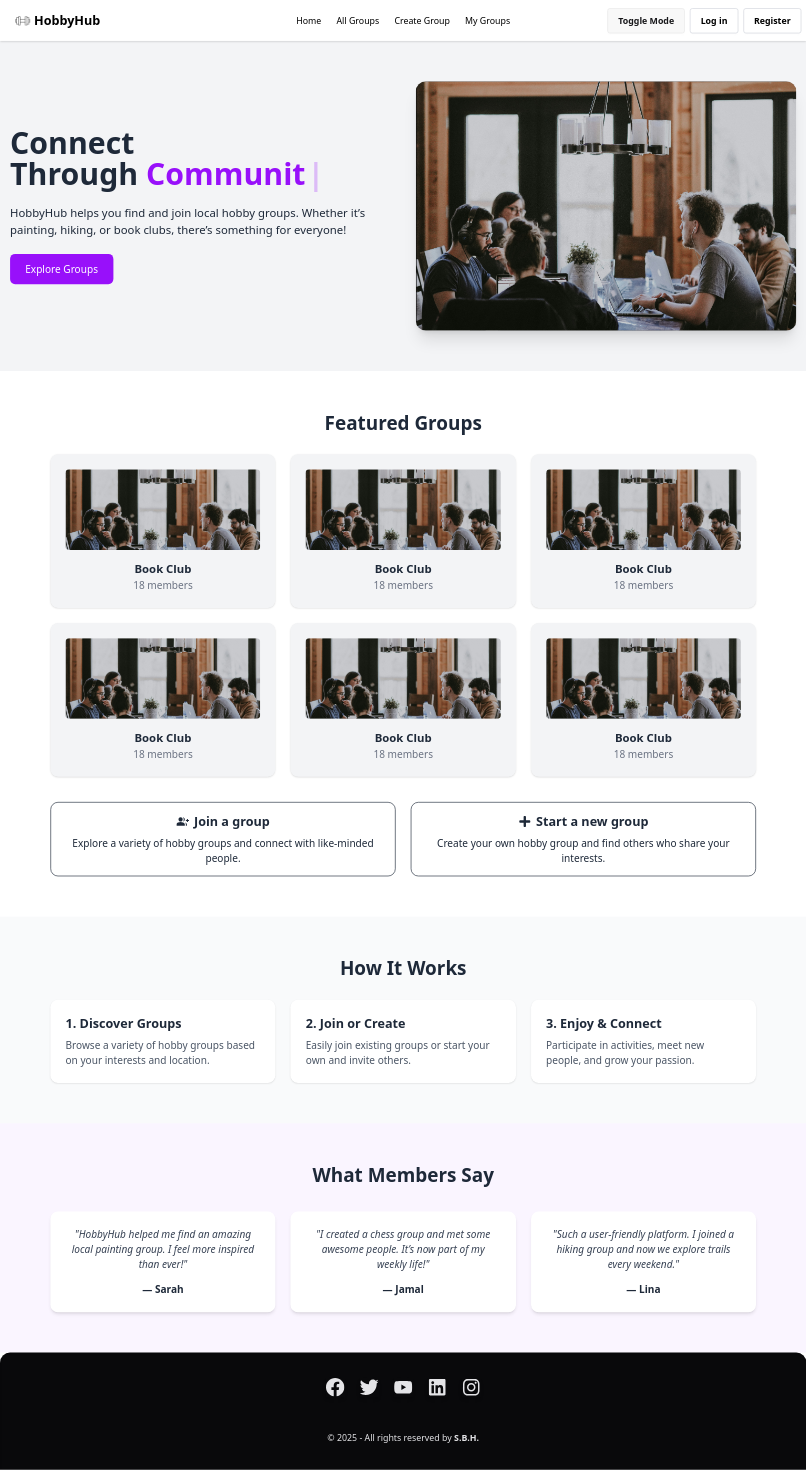
Repository: syedbayzid82849/Hobby_Hub_Client_site
Page: /
These files come from the project's save history. The page is drawn as it stood at one moment and after a run of saves; the edit follows.
The browser window is 1280 px wide. The pictures show the whole page, at 63% of full size.
The project was rebuilt for these pictures with package versions that can differ from the ones it lists, and the page was loaded fresh each time. Also part of the build but not shown: src/App.jsx.

Above is the page before, as saved 2025-05-20 20:05:25.

### src/main.jsx
import { StrictMode } from 'react'
import { createRoot } from 'react-dom/client'
import './index.css'
import App from './App.jsx'
import { RouterProvider } from 'react-router'
import router from './Routes/Router.jsx'

createRoot(document.getElementById('root')).render(
  <StrictMode>
    <RouterProvider router={router}></RouterProvider>
  </StrictMode>,
)

### src/index.css
@import "tailwindcss";
@plugin "daisyui";

@tailwind base;
@tailwind components;
@tailwind utilities;

### src/Routes/Router.jsx
import React from 'react';
import {createBrowserRouter} from "react-router";
import Root from "../Root/Root";
import Home from '../Pages/Home/Home';

const router = createBrowserRouter(
    [
        {
            path: '/',
            element: <Root></Root>,
            children: [
                {
                    index: true,
                    path: '/',
                    element: <Home></Home>
                }
            ]
        }
    ]
);

export default router;

### src/Root/Root.jsx
import React from 'react';
import Navbar from '../Components/Navbar/Navbar';
import { Outlet } from 'react-router';
import Footer from '../Components/Footer/Footer'

const Root = () => {
    return (
        <div className="min-h-screen flex flex-col" >
            <Navbar></Navbar>
            <div className="flex-grow">
                <Outlet></Outlet>
            </div>
            <Footer></Footer>
        </div>
    );
};

export default Root;

### src/Pages/Home/Home.jsx
import { useEffect } from "react";
import { Link } from "react-router";
import { Typewriter } from "react-simple-typewriter";
import { Fade } from "react-awesome-reveal";
import img from '../../assets/hero.png';
import { MdGroupAdd } from "react-icons/md";
import { FaPlus } from "react-icons/fa";



const Home = () => {
    useEffect(() => {
        window.scrollTo(0, 0);
    }, []);

    return (
        <div className="text-gray-800 dark:text-gray-100">
            {/* Hero Section */}
            <section className="bg-gray-100 dark:bg-gray-800">
                <div className="max-w-7xl mx-auto px-4 py-16 flex flex-col-reverse lg:flex-row items-center justify-between gap-10">
                    <div className="lg:w-1/2 space-y-6">
                        <h1 className="text-4xl md:text-5xl font-bold">
                            Connect Through&nbsp;
                            <span className="text-purple-600">
                                <Typewriter
                                    words={["Hobbies", "Creativity", "Community"]}
                                    loop={true}
                                    cursor
                                    cursorStyle="|"
                                    typeSpeed={80}
                                    deleteSpeed={50}
                                    delaySpeed={1500}
                                />
                            </span>
                        </h1>
                        <p className="text-lg">
                            HobbyHub helps you find and join local hobby groups. Whether it’s painting, hiking, or book clubs, there’s something for everyone!
                        </p>
                        <Link to="/groups">
                            <button className="bg-purple-600 text-white px-6 py-3 rounded-lg hover:bg-purple-700 transition-all">
                                Explore Groups
                            </button>
                        </Link>
                    </div>

                    <div className="lg:w-1/2">
                        <img
                            src={img}
                            alt="Hobby Community"
                            className="w-full rounded-2xl shadow-xl"
                        />
                    </div>
                </div>
            </section>

            {/* Featured Groups (Dummy for now) */}
            <section className="py-16 bg-white dark:bg-gray-900">
                <div className="max-w-6xl mx-auto px-4 text-center">
                    <h2 className="text-3xl font-bold mb-8">Featured Groups</h2>
                    <div className="grid grid-cols-1 md:grid-cols-2 lg:grid-cols-3 gap-6">
                        {/* Group Card 1 */}
                        <div className="p-6 bg-gray-100 dark:bg-gray-800 rounded-xl shadow hover:shadow-lg transition">
                            <img
                                src={img}
                                alt=""
                                className="rounded-md w-full h-32 object-cover mb-4"
                            />
                            <h3 className="text-lg font-semibold">Book Club</h3>
                            <p className="text-gray-500">18 members</p>
                        </div>
                        {/* Group Card 1 */}
                        <div className="p-6 bg-gray-100 dark:bg-gray-800 rounded-xl shadow hover:shadow-lg transition">
                            <img
                                src={img}
                                alt=""
                                className="rounded-md w-full h-32 object-cover mb-4"
                            />
                            <h3 className="text-lg font-semibold">Book Club</h3>
                            <p className="text-gray-500">18 members</p>
                        </div>
                        {/* Group Card 1 */}
                        <div className="p-6 bg-gray-100 dark:bg-gray-800 rounded-xl shadow hover:shadow-lg transition">
                            <img
                                src={img}
                                alt=""
                                className="rounded-md w-full h-32 object-cover mb-4"
                            />
                            <h3 className="text-lg font-semibold">Book Club</h3>
                            <p className="text-gray-500">18 members</p>
                        </div>
                        {/* Group Card 1 */}
                        <div className="p-6 bg-gray-100 dark:bg-gray-800 rounded-xl shadow hover:shadow-lg transition">
                            <img
                                src={img}
                                alt=""
                                className="rounded-md w-full h-32 object-cover mb-4"
                            />
                            <h3 className="text-lg font-semibold">Book Club</h3>
                            <p className="text-gray-500">18 members</p>
                        </div>
                        {/* Group Card 1 */}
                        <div className="p-6 bg-gray-100 dark:bg-gray-800 rounded-xl shadow hover:shadow-lg transition">
                            <img
                                src={img}
                                alt=""
                                className="rounded-md w-full h-32 object-cover mb-4"
                            />
                            <h3 className="text-lg font-semibold">Book Club</h3>
                            <p className="text-gray-500">18 members</p>
                        </div>
                        {/* Group Card 1 */}
                        <div className="p-6 bg-gray-100 dark:bg-gray-800 rounded-xl shadow hover:shadow-lg transition">
                            <img
                                src={img}
                                alt=""
                                className="rounded-md w-full h-32 object-cover mb-4"
                            />
                            <h3 className="text-lg font-semibold">Book Club</h3>
                            <p className="text-gray-500">18 members</p>
                        </div>
                    </div>

                </div>
                <div className="max-w-6xl mx-auto px-4 text-center pt-10">
                    <div className="grid grid-cols-1 md:grid-cols-2 gap-6 text-center">
                        <Link to={'/join-group'}>
                            <div className="p-4  rounded-xl border">
                                <h4 className="text-xl font-semibold mb-2 flex justify-center items-center gap-2">
                                    <MdGroupAdd />
                                    Join a group
                                </h4>
                                <p className="">
                                    Explore a variety of hobby groups and connect with like-minded people.
                                </p>
                            </div>
                        </Link>
                        <Link to={'/create-group'}>
                            <div className="p-4  rounded-xl border">
                                <h4 className="text-xl font-semibold mb-2 flex justify-center items-center gap-2 ">
                                    <FaPlus />
                                    Start a new group
                                </h4>
                                <p className="">
                                    Create your own hobby group and find others who share your interests.
                                </p>
                            </div>
                        </Link>
                    </div>
                </div>
            </section>
            <section className="py-16 bg-gray-50 dark:bg-gray-900">
                <div className="max-w-6xl mx-auto px-4 text-center">
                    <Fade direction="up">
                        <h2 className="text-3xl font-bold mb-8">How It Works</h2>
                        <div className="grid grid-cols-1 md:grid-cols-3 gap-6 text-left">
                            <div className="p-6 bg-white dark:bg-gray-800 rounded-xl shadow">
                                <h3 className="text-xl font-semibold mb-2">1. Discover Groups</h3>
                                <p className="text-gray-600 dark:text-gray-400">
                                    Browse a variety of hobby groups based on your interests and location.
                                </p>
                            </div>
                            <div className="p-6 bg-white dark:bg-gray-800 rounded-xl shadow">
                                <h3 className="text-xl font-semibold mb-2">2. Join or Create</h3>
                                <p className="text-gray-600 dark:text-gray-400">
                                    Easily join existing groups or start your own and invite others.
                                </p>
                            </div>
                            <div className="p-6 bg-white dark:bg-gray-800 rounded-xl shadow">
                                <h3 className="text-xl font-semibold mb-2">3. Enjoy & Connect</h3>
                                <p className="text-gray-600 dark:text-gray-400">
                                    Participate in activities, meet new people, and grow your passion.
                                </p>
                            </div>
                        </div>
                    </Fade>
                </div>
            </section>

            <section className="py-16 bg-purple-50 dark:bg-gray-950">
                <div className="max-w-6xl mx-auto px-4 text-center">
                    <Fade direction="up">
                        <h2 className="text-3xl font-bold mb-10">What Members Say</h2>
                        <div className="grid grid-cols-1 md:grid-cols-3 gap-6">
                            <div className="p-6 bg-white dark:bg-gray-800 rounded-xl shadow-md">
                                <p className="italic text-gray-700 dark:text-gray-300">"HobbyHub helped me find an amazing local painting group. I feel more inspired than ever!"</p>
                                <h4 className="mt-4 font-semibold">— Sarah</h4>
                            </div>
                            <div className="p-6 bg-white dark:bg-gray-800 rounded-xl shadow-md">
                                <p className="italic text-gray-700 dark:text-gray-300">"I created a chess group and met some awesome people. It’s now part of my weekly life!"</p>
                                <h4 className="mt-4 font-semibold">— Jamal</h4>
                            </div>
                            <div className="p-6 bg-white dark:bg-gray-800 rounded-xl shadow-md">
                                <p className="italic text-gray-700 dark:text-gray-300">"Such a user-friendly platform. I joined a hiking group and now we explore trails every weekend."</p>
                                <h4 className="mt-4 font-semibold">— Lina</h4>
                            </div>
                        </div>
                    </Fade>
                </div>
            </section>

        </div>
    );
};

export default Home;

### src/Components/Navbar/Navbar.jsx
import { NavLink } from 'react-router';
import logo from '../../assets/logo.png'
import DarkModeToggle from '../DarkModeToggle/DarkModeToggle';

const Navbar = () => {

    const links = (
        <>
            <li>
                <NavLink to="/" className="text-black">Home</NavLink>
            </li>
            <li>
                <NavLink to="/companies" className="text-black">All Groups</NavLink>
            </li>
            <li>
                <NavLink to="/blogs" className="text-black">Create Group</NavLink>
            </li>
            <li>
                <NavLink to="/blogs" className="text-black">My Groups</NavLink>
            </li>
        </>
    );


    return (
        <div className="navbar bg-[#f6f8fa] shadow-sm text-black bg-white dark:bg-gray-900 text-black dark:text-white">
            <div className="navbar-start ">
                <div className="dropdown">
                    <div tabIndex={0} role="button" className="btn btn-ghost lg:hidden text-black">
                        <svg
                            xmlns="http://www.w3.org/2000/svg"
                            className="h-5 w-5"
                            fill="none"
                            viewBox="0 0 24 24"
                            stroke="currentColor"
                        >
                            <path
                                strokeLinecap="round"
                                strokeLinejoin="round"
                                strokeWidth="2"
                                d="M4 6h16M4 12h8m-8 6h16"
                            />
                        </svg>
                    </div>
                    <ul
                        tabIndex={0}
                        className="menu menu-sm dropdown-content bg-white text-black rounded-box z-1 mt-3 w-52 p-2 shadow"
                    >
                        {links}
                        <button>test</button>
                    </ul>

                </div>
                <NavLink to='/'>
                    <button className="btn flex items-center text-xl text-black bg-transparent shadow-none hover:bg-transparent hover:shadow-none focus:shadow-none active:shadow-none border-none "><img src={logo} alt="Logo" className="w-6" />
                        HobbyHub</button>
                </NavLink>
            </div>

            <div className="navbar-center hidden lg:flex">
                <ul className="menu menu-horizontal px-1">{links}</ul>
            </div>

            <div className="navbar-end gap-2">
                <DarkModeToggle />
                <NavLink to="/login" className="btn hidden md:inline-flex text-black bg-white border border-gray-300 hover:bg-gray-100">
                    Log in
                </NavLink>
                <NavLink to="/register" className="btn hidden md:inline-flex text-black bg-white border border-gray-300 hover:bg-gray-100">
                    Register
                </NavLink>

            </div>
        </div>
    );
};

export default Navbar;

### src/Components/Footer/Footer.jsx
import React from "react";
import {
    FaFacebook,
    FaTwitter,
    FaYoutube,
    FaLinkedin,
    FaInstagram,
} from "react-icons/fa";

const Footer = () => {
    return (
        <footer className="footer footer-horizontal footer-center bg-neutral text-neutral-content p-10 rounded-t-2xl shadow-inner">
            <nav>
                <div className="grid grid-flow-col gap-6 text-3xl">
                    <a
                        href="https://facebook.com/syed.bayzidhusain/"
                        target="_blank"
                        rel="noopener noreferrer"
                    >
                        <FaFacebook className="hover:text-blue-400 hover:scale-125 transition-all duration-300 shadow-md" />
                    </a>
                    <a
                        href="https://x.com/SyedBayzid82849"
                        target="_blank"
                        rel="noopener noreferrer"
                    >
                        <FaTwitter className="hover:text-sky-300 hover:scale-125 transition-all duration-300 shadow-md" />
                    </a>
                    <a
                        href="https://youtube.com/@SyedBayzid0.1"
                        target="_blank"
                        rel="noopener noreferrer"
                    >
                        <FaYoutube className="hover:text-red-400 hover:scale-125 transition-all duration-300 shadow-md" />
                    </a>
                    <a
                        href="https://linkedin.com/in/syed-bayzid-b91343329"
                        target="_blank"
                        rel="noopener noreferrer"
                    >
                        <FaLinkedin className="hover:text-blue-300 hover:scale-125 transition-all duration-300 shadow-md" />
                    </a>
                    <a
                        href="https://www.instagram.com/syedbayzidhusain/"
                        target="_blank"
                        rel="noopener noreferrer"
                    >
                        <FaInstagram className="hover:text-pink-400 hover:scale-125 transition-all duration-300 shadow-md" />
                    </a>
                </div>
            </nav>
            <aside className="mt-4">
                <p className="hover:text-primary transition-colors duration-200">
                    © {new Date().getFullYear()} - All rights reserved by <strong>S.B.H.</strong>
                </p>
            </aside>
        </footer>
    );
};

export default Footer;

### src/Components/DarkModeToggle/DarkModeToggle.jsx
// DarkModeToggle.jsx

import { useEffect } from "react";

const DarkModeToggle = () => {
    const handleToggle = () => {
        const root = window.document.documentElement;
        if (root.classList.contains("dark")) {
            root.classList.remove("dark");
            localStorage.setItem("theme", "light");
        } else {
            root.classList.add("dark");
            localStorage.setItem("theme", "dark");
        }
    };

    // set initial theme from localStorage
    useEffect(() => {
        const savedTheme = localStorage.getItem("theme");
        if (savedTheme === "dark") {
            document.documentElement.classList.add("dark");
        }
    }, []);

    return (
        <button onClick={handleToggle} className="btn">
            Toggle Mode
        </button>
    );
};

export default DarkModeToggle;

Loaded but not shown: index.html (common file); src/App.css (no stored copy; drawn as an empty file)

After the next 3 saves:
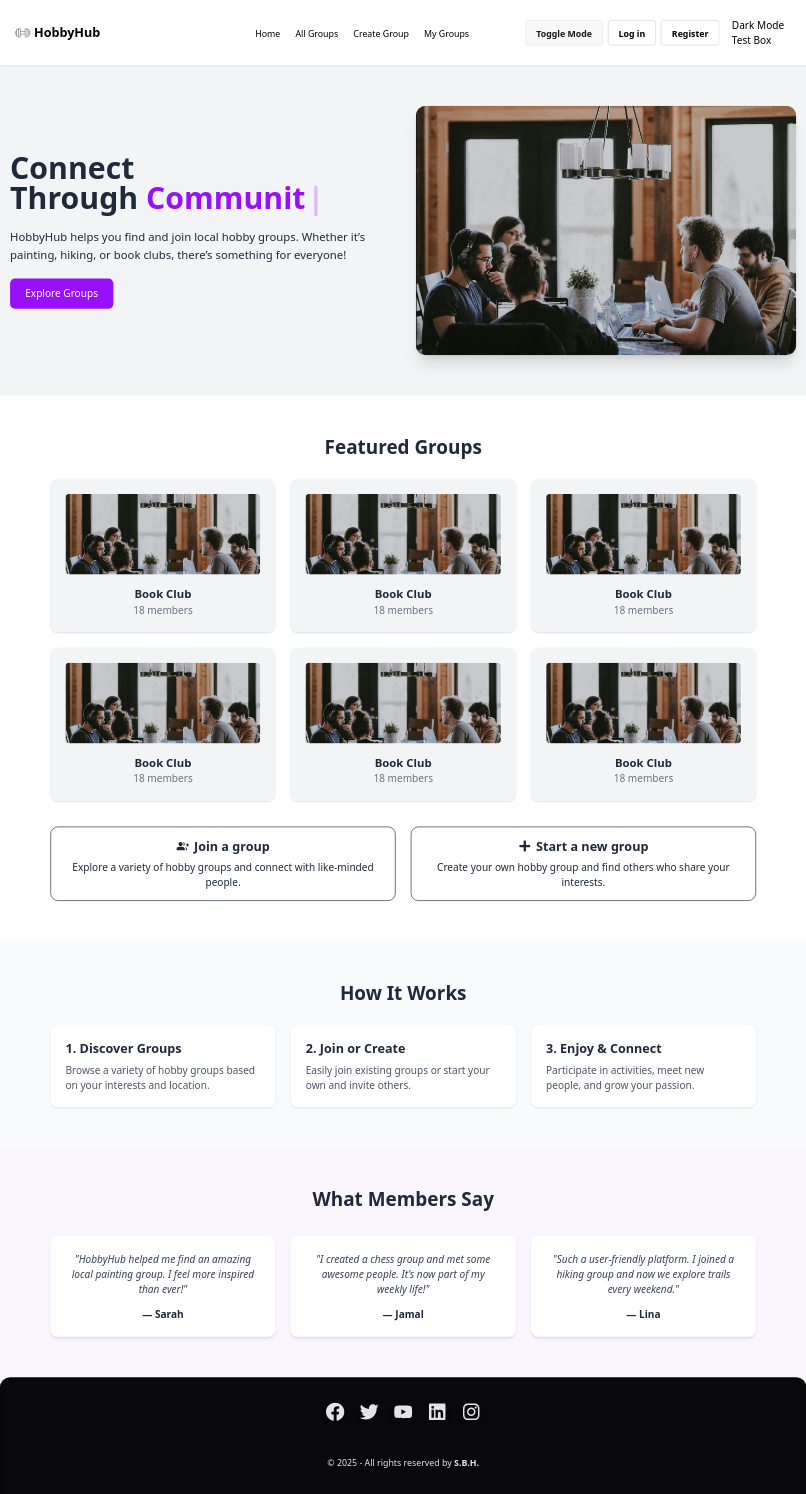
The 3 saves are shown as one change because they came seconds apart.
The last was saved 44 s later.
--- a/src/Components/Navbar/Navbar.jsx
+++ b/src/Components/Navbar/Navbar.jsx
@@ -71,6 +71,9 @@ const Navbar = () => {
                 </NavLink>
 
             </div>
+            <div className="bg-white dark:bg-gray-900 text-black dark:text-white p-5">
+                Dark Mode Test Box
+            </div>
         </div>
     );
 };
